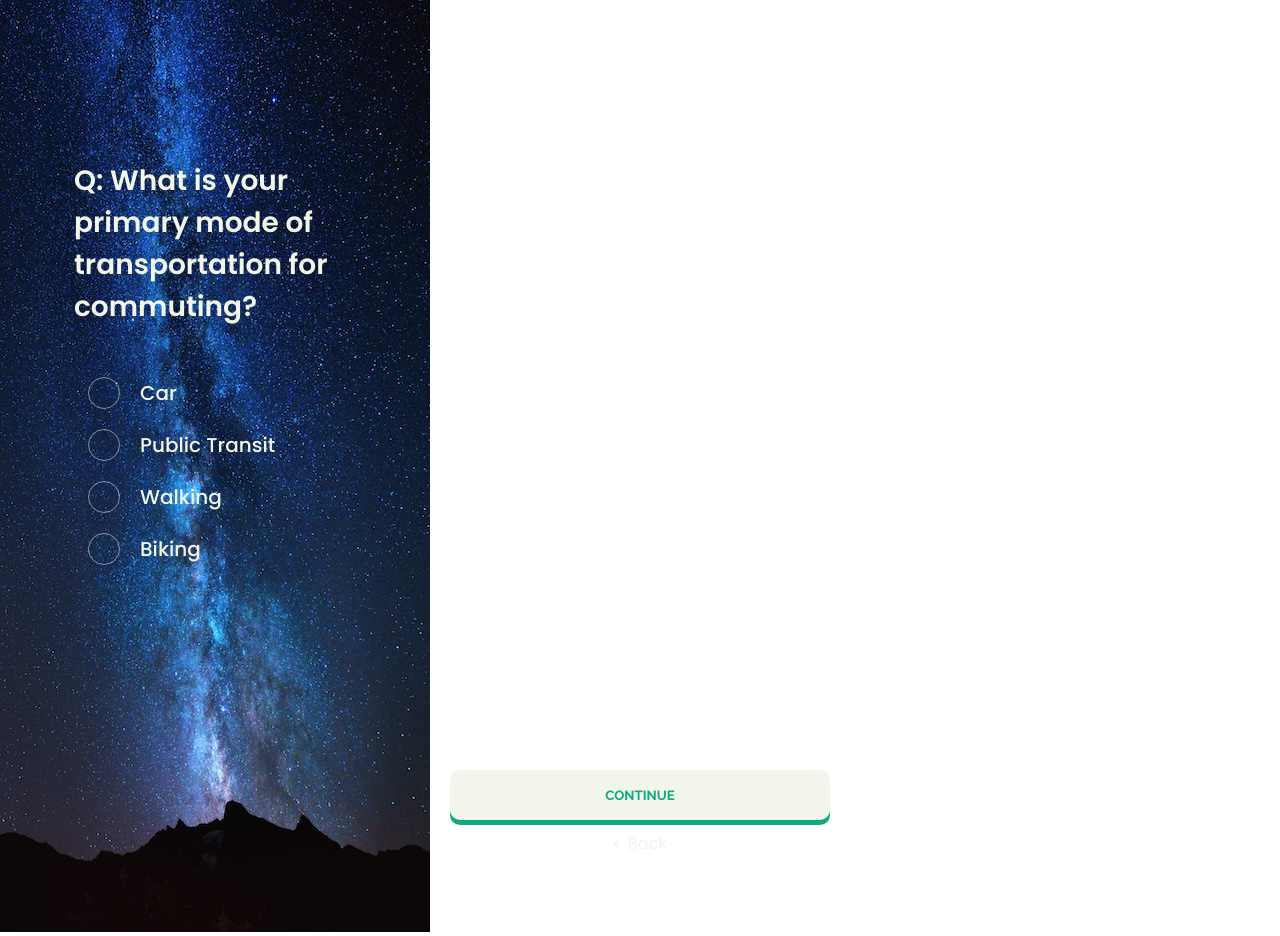
Repository: BwesewB/GreenWave
Page: /quiz
An editor plug-in stored every save of this project. The page is shown before and after the next save, followed by the edit.
The browser window is 1280 px wide. The pictures show the whole page.
Some web fonts or font styles are not loaded; a fallback is used. The project was rebuilt for these pictures with package versions that can differ from the ones it lists, and the page was loaded fresh each time. The framework's server and built-in components were replaced by stand-ins that run in the browser. Also part of the build but not shown: next.config.mjs, components/ProgressBar/ProgressBar.module.css, components/ProgressBar/index.js, components/Quiz Components/Progress F/ProgressF.module.css, components/Quiz Components/Progress F/index.js, components/Quiz Components/Slider/Slider.module.css, components/Quiz Components/Slider/index.js, components/Quiz Pages/Question 2/index.js and 6 more.

Above is the page before, as saved 2024-04-13 22:37:16.

### pages/_document.js
import { Html, Head, Main, NextScript } from "next/document";

export default function Document() {
  return (
    <Html lang="en">
          <link rel="preconnect" href="https://fonts.googleapis.com" />
          <link rel="preconnect" href="https://fonts.gstatic.com" crossOrigin="true" />
          <link
            href="https://fonts.googleapis.com/css2?family=Frank+Ruhl+Libre:wght@300..900&family=Open+Sans:wght@800&family=Playfair+Display:ital,wght@0,400..900;1,400..900&family=Poppins:ital,wght@0,100;0,200;0,300;0,400;0,500;0,600;0,700;0,800;0,900;1,100;1,200;1,300;1,400;1,500;1,600;1,700;1,800;1,900&family=Raleway:ital,wght@0,100..900;1,100..900&display=swap"
            rel="stylesheet"
          />
          {/* raleway */}
          <link rel="preconnect" href="https://fonts.googleapis.com" />
          <link rel="preconnect" href="https://fonts.gstatic.com" crossorigin />
          <link
            href="https://fonts.googleapis.com/css2?family=Frank+Ruhl+Libre:wght@300..900&family=Open+Sans:wght@800&family=Playfair+Display:ital,wght@0,400..900;1,400..900&family=Poppins:ital,wght@0,100;0,200;0,300;0,400;0,500;0,600;0,700;0,800;0,900;1,100;1,200;1,300;1,400;1,500;1,600;1,700;1,800;1,900&family=Raleway:ital,wght@0,100..900;1,100..900&display=swap"
            rel="stylesheet"
          />
          {/* Poppings */}
      <Head />
      <body>
        <Main />
        <NextScript />
      </body>
    </Html>
  );
}

### pages/quiz.js
// pages/index.js

import React, { useState } from 'react';
import styles from "@/styles/Quiz.module.css"
import ProgressF from '@/components/Quiz Components/Progress F';
import Question1 from '@/components/Quiz Pages/Question 1';
import Question2 from '@/components/Quiz Pages/Question 2';
import Question3 from '@/components/Quiz Pages/Question 3';
import Question4 from '@/components/Quiz Pages/Question 4';
import Question5 from '@/components/Quiz Pages/Question 5';

export default function Home() {

  const [showQuestionOne, setShowQuestionOne] = useState(true);
  const [showQuestionTwo, setShowQuestionTwo] = useState(false);
  const [showQuestionThree, setShowQuestionThree] = useState(false);
  const [showQuestionFour, setShowQuestionFour] = useState(false);
  const [showQuestionFive, setShowQuestionFive] = useState(false);

  const handleQuestionTwo = () => {
    setShowQuestionOne(false)
    setShowQuestionTwo(true)
  }

  const handleQuestionThree = () => {
    setShowQuestionTwo(false)
    setShowQuestionThree(true)
  }

  const handleQuestionFour = () => {
    setShowQuestionThree(false)
    setShowQuestionFour(true)
  }

  const handleQuestionFive = () => {
    setShowQuestionFour(false)
    setShowQuestionFive(true)
  }

return (
    <div className={styles.mainQuiz}>
        <style jsx global>{`
                body {
                    margin: 0px;
                }
                `}
                </style>
                {showQuestionOne && (
                  <Question1 handleQuizNext1Click={handleQuestionTwo}/>
                )}
                {showQuestionTwo && <Question2/>}

                {showQuestionTwo && (
                  <Question2 handleQuizNext2Click={handleQuestionThree}/>
                )}
                {showQuestionThree && <Question3/>}

                {showQuestionThree && (
                  <Question3 handleQuizNext3Click={handleQuestionFour}/>
                )}
                {showQuestionFour && <Question4/>}

                {showQuestionFour && (
                  <Question4 handleQuizNext4Click={handleQuestionFive}/>
                )}
                {showQuestionFive && <Question5/>}


      <img src='/images/quizbackground.jpeg' alt='Outer Space Image' width={430} height={932} className={styles.space}></img>

    </div>
  );
};

### styles/globals.css
:root{
  --black: #0C0C0C;
  --jetBlack:#343434;
  --green: #0BAA81;
  --white: #F2F5EA;


  --raleway: 'Raleway', sans-serif;
  --poppins: 'Poppins', sans-serif;

  --title: 96px;
  --button:16px;
}

html,
body,
#__next {
    width: 430px;
    margin:0;

}

h1, h2, h3, h4, h5, p{
    font-weight:unset;
    margin:0;
}

h1{
    font-size: 48px;
}

h2{
    font-size: 40px;
}

h3{
    font-size: 32px;
}

h4{
    font-size: 28px;
}

h5{
    font-size: 24px;
}

p{
    font-size: 20px;
}

### styles/Quiz.module.css
.mainQuiz {
    width: 430px;
    height: 932px;
    margin: 0;
    background:transparent;
    z-index: -999
}

.space{
    margin: 0px;
    z-index: -999;
}

/*<RadioButton isChecked={isChecked} onChange={handleChange}/>*/

### components/Quiz Pages/Question 1/index.js
import React from "react";
import Questions from "@/components/Questions";
import { useState } from "react";
import ButtonAndBack from "@/components/ButtonAndBack";
import Answers1 from "@/components/Quiz Components/Radio Answers/Answers 1";

export default function Question1({ handleQuizNext1Click }) {

  const handleContinueClick = () => {
    console.log("Continue button clicked");
    handleQuizNext1Click();
  };

  return (
    <div>
      <Questions
        questionText="What is your primary mode of transportation for commuting?"

      />
      <ButtonAndBack
        linking=''
        buttonText='CONTINUE'
        onClickHandlerSecondaryMainButton={handleContinueClick}
        tabbingButtonSecondary="3"

      />
      <Answers1 />
    </div>

  );
}

### components/Questions/index.js
import React from "react";
import styles from "./Questions.module.css";

export default function Questions({
  questionText,
  tabbingQuestion
}) {
  return (
    <div className={styles.questionsContainer} tabIndex="1">
      <p className={styles.questions}>Q: {questionText}</p>
    </div>
  );
}

### components/ButtonAndBack/index.js
import ButtonColoured from "../mainButton";
import styles from '@/components/ButtonAndBack/ButtonAndBack.module.css'
import Image from "next/image";

export default function ButtonAndBack({
    linking,
    buttonText,
    buttonColorBg,
    buttonColorPrimary,
    onClickHandlerSecondaryMainButton,
    handleBackClick
}){
    return(
        <>
        <div className={styles.bothButtons}>
            <ButtonColoured
                href={linking}
                text={buttonText}
                bgColor={buttonColorBg}
                primaryColor={buttonColorPrimary}
                onClickHandler={onClickHandlerSecondaryMainButton}
            />
            <button
                onClick={handleBackClick}
                className={styles.backButton}
            >
                <Image
                    src="/icons/smallArrow.svg"
                    alt="small back arrow"
                    width={6.25}
                    height={10}
                />
                <p>Back</p>
            </button>
        </div>

        </>
    )
}

### components/Quiz Components/Radio Answers/Answers 1/index.js
import React from 'react';
import Radio from '@/components/Radio';

const options = [
  { label: 'Car', value: 'option1' },
  { label: 'Public Transit', value: 'option2' },
  { label: 'Walking', value: 'option3' },
  { label: 'Biking', value: 'option4' }, // Added fourth option
];

const Answers1 = () => {
  const handleOptionSelect = (value) => {
    // Handle selected option logic if needed
  };

  return (
    <div tabIndex="2">
      <Radio options={options} onSelect={handleOptionSelect} />
    </div>
  );
};

export default Answers1;

### components/mainButton/index.js
import Link from "next/link"
import styles from "@/components/mainButton/mainButton.module.css"
import { useState } from "react";

export default function ButtonColoured({
    href,
    text,
    bgColor="var(--white)",
    primaryColor="var(--green)",
    onClickHandler
}){
    const [clicked, setClicked] = useState(false);

    return(
        <>
            <div className={styles.buttonWhole}>
                <Link href={href}>
                    <button
                        style={{
                            backgroundColor: bgColor,
                        }}
                        className={`${styles.buttonStyling} ${clicked ? styles.clicked : ''}`}
                        onMouseDown={() => setClicked(true)}
                        onMouseUp={() => setClicked(false)}
                        onClick={onClickHandler}
                    >
                        <p style={{ color: primaryColor}} className={styles.buttonText}>
                            {text}
                        </p>
                    </button>
                    <div className={styles.buttonLower} style={{ backgroundColor: primaryColor}}/>
                </Link>
            </div>

        </>
    )
}

### components/Questions/Questions.module.css
.questionsContainer{
    z-index: 1;
    position: absolute;
    box-sizing: border-box;
    overflow: hidden;
    top:0;
    left:0;
    color: var(--white);
    width: 282px;
    line-height: normal;
    font-family: Poppins;
    font-size: 28px;
    font-style: normal;
    font-weight: 600;
    margin-left: 74px;
    margin-top: 160px;
}

.questions{
    padding: 0px;
    margin: 0px;
    line-height: normal;
    font-family: Poppins;
    font-size: 28px;
    font-style: normal;
    font-weight: 600;
}

### components/ButtonAndBack/ButtonAndBack.module.css
.bothButtons{
    display: flex;
    flex-direction: column;
    align-items: center;
    position:absolute;
    top:770px;
    width:100%;
}

.backButton p{
    font-family: var(--poppins);
    font-size: var(--button);
    color: var(--white);
    margin-left: 8px;
}

.backButton{
    display: flex;
    align-items: center;
    border:none;
    background:none;
}

### components/Radio/index.js
import React, { useState } from 'react';
import styles from "./Radio.module.css";

const Radio = ({ options, onSelect, customRadioStyle }) => {
  const [selectedOption, setSelectedOption] = useState(null);

  const handleOptionChange = (event) => {
    const value = event.target.value;
    setSelectedOption(value);
    onSelect(value);
  };

  return (
    <div className={`${styles.radioContainer}`} style={customRadioStyle}>
      {options && options.map((option) => (
        <div key={option.value} className={styles.rowContainer}>
          <input
            type="radio"
            id={option.value}
            name="dynamicRadio"
            value={option.value}
            checked={selectedOption === option.value}
            onChange={handleOptionChange}
            style={{ display: 'none'}}
          />
          <label htmlFor={option.value} className={styles.optionContainer}>
            <svg
              width="32"
              height="32"
              viewBox="0 0 32 32"
              fill="none"
              xmlns="http://www.w3.org/2000/svg"
            >
              <g opacity="0.5">
                <rect x="0.5" y="0.5" width="31" height="31" rx="15.5" stroke="#F2F5EA"/>
              </g>
              {selectedOption === option.value && (
                <g>
                  <rect x="0.5" y="0.5" width="31" height="31" rx="15.5" fill="#F2F5EA" stroke="#F2F5EA"/>
                  <path fillRule="evenodd" clipRule="evenodd" d="M26.2678 9.23223C27.2441 10.2085 27.2441 11.7915 26.2678 12.7678L15.7678 23.2678C14.7915 24.2441 13.2085 24.2441 12.2322 23.2678L6.23223 17.2678C5.25592 16.2915 5.25592 14.7085 6.23223 13.7322C7.20854 12.7559 8.79146 12.7559 9.76777 13.7322L14 17.9645L22.7322 9.23223C23.7085 8.25592 25.2915 8.25592 26.2678 9.23223Z" fill="#0BAA81"/>
                </g>
              )}
            </svg>
            <span className={styles.optionText}>{option.label}</span>
          </label>
        </div>
      ))}
    </div>
  );
};

export default Radio;

### components/mainButton/mainButton.module.css
.buttonWhole{
    width:380px;
    height:60px;
    margin:0 auto;
    overflow: hidden;
}

.buttonText{
    text-decoration: none;
    margin:0;
    font-size: var(--buttonText);
    font-family: var(--raleway);
    font-weight: 700;
}

.buttonStyling{
    width:380px;
    height:50px;
    border:none;
    border-radius: 10px;
    transition: 0.3s ease;
}

.clicked{
    width:380px;
    height:50px;
    border:none;
    border-radius: 10px;
    transform: translateY(5px);
    transition: 0.3s ease;
}

.buttonLower{
    position:absolute;
    width:380px;
    height:50px;
    border-radius: 10px;
    margin-top: -45px;
    z-index: -1;
}

### components/Radio/Radio.module.css
.radioContainer {
    z-index: 4;
    position: absolute;
    box-sizing: border-box;
    overflow: hidden;
    top:0;
    left:0;
    margin-left: 88px;
    margin-right: 89px;
    margin-top: 377px;
    display: inline-flex;
    flex-direction: column;
    align-items: flex-start;
    gap: 20px;
    padding: 0px;
}

.rowContainer {
    display: flex;
    align-items: center;
    gap: 20px;
    align-self: stretch;
    padding: 0%;
    margin: 0%;
}

.optionContainer {
    cursor: pointer;
    display: flex;
    align-items: center;
    gap: 20px;
    align-self: stretch;
    padding: 0%;
    margin: 0%;
    width: 253px;
}

.optionText{
    color: var(--white);
    font-family: Poppins;
    font-size: 20px;
    font-style: normal;
    font-weight: 500;
}

Loaded but not shown: pages/_app.js (common file)

After the next save:
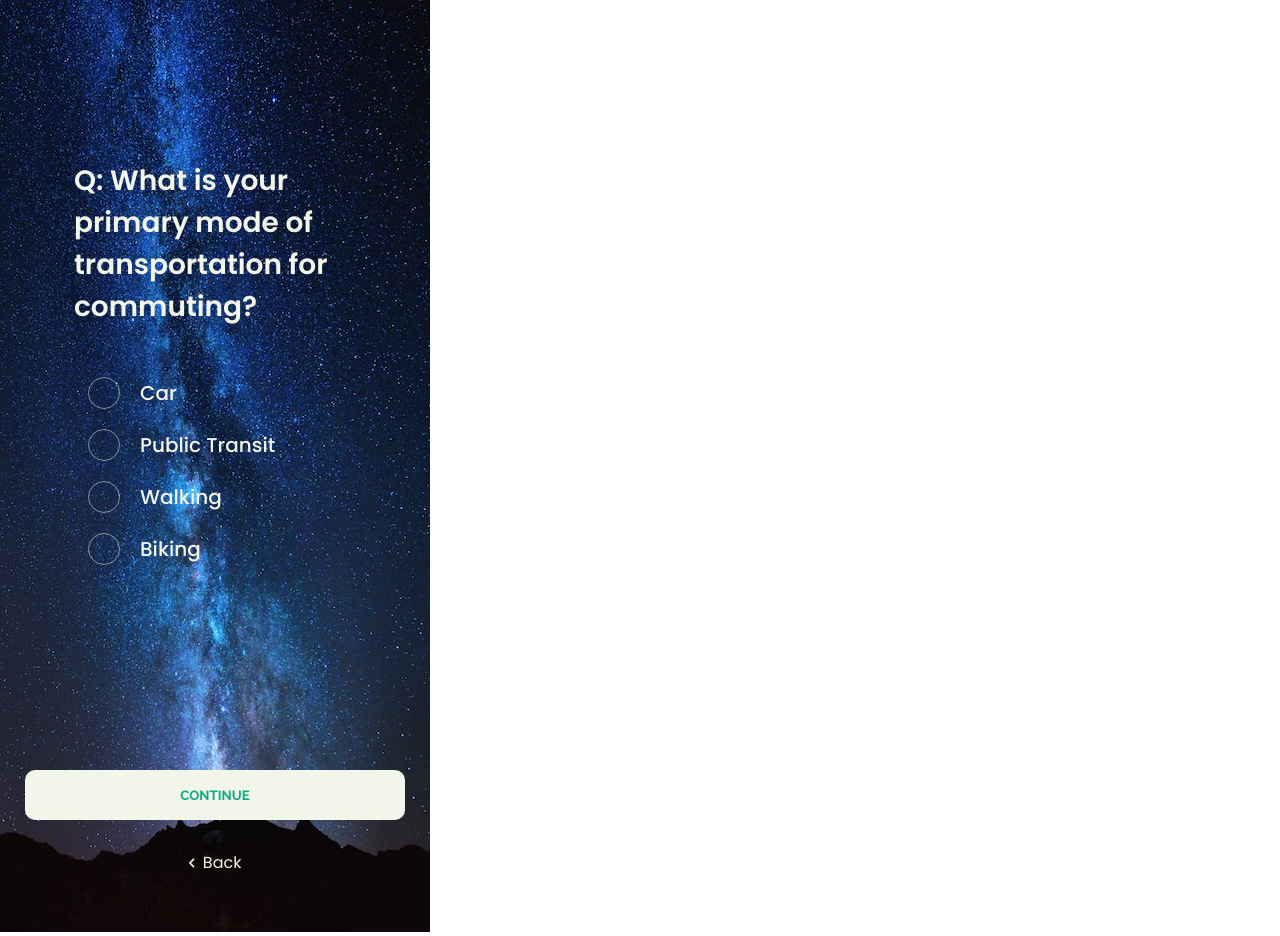
Saved 113 s later.
--- a/components/ButtonAndBack/ButtonAndBack.module.css
+++ b/components/ButtonAndBack/ButtonAndBack.module.css
@@ -2,9 +2,11 @@
     display: flex;
     flex-direction: column;
     align-items: center;
+    justify-content: center;
     position:absolute;
     top:770px;
-    width:100%;
+    left: 25px;
+    width: 380px;
 }
 
 .backButton p{
@@ -19,4 +21,5 @@
     align-items: center;
     border:none;
     background:none;
+    padding-top: 20px;
 }
